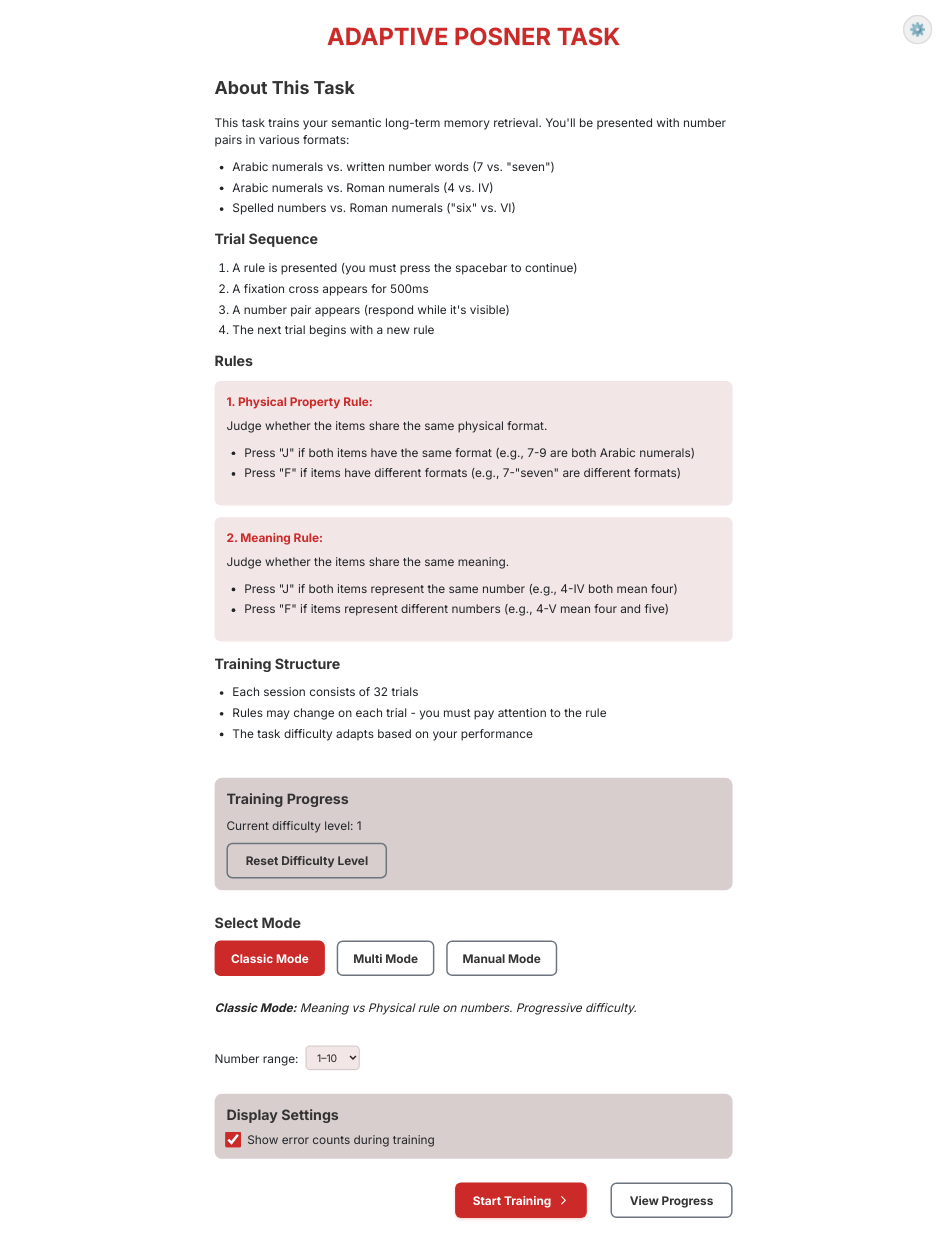
Repository: dolev765/braintrainepson
Page: index.html
These files come from the project's save history. The page is drawn as it stood at one moment and after a run of saves; the edit follows.
The browser window is 1280 px wide. The pictures show the whole page, at 74% of full size.

Above is the page before, as saved 2025-10-16 01:24:29.

### index.html
<!DOCTYPE html>
<html lang="en">
<head>
    <meta charset="UTF-8">
    <meta name="viewport" content="width=device-width, initial-scale=1.0">
    <title>Adaptive Posner Task</title>

    <!-- Fonts -->
    <link rel="preconnect" href="https://fonts.googleapis.com">
    <link rel="preconnect" href="https://fonts.gstatic.com" crossorigin>
    <link href="https://fonts.googleapis.com/css2?family=Inter:wght@400;700&display=swap" rel="stylesheet">

    <!-- Stylesheets -->
    <link rel="stylesheet" href="css/main.css">
    <link rel="stylesheet" href="css/components.css">
    <link rel="stylesheet" href="css/responsive.css">
</head>
<body>
    <div id="mainContent">
        <header>
            <h1>ADAPTIVE POSNER TASK</h1>
        </header>

        <!-- Settings Button -->
        <button id="settingsToggle" class="settings-icon-btn">⚙️</button>
        <div id="settingsPanel" class="settings-panel hidden">
            <h3>Advanced Settings</h3>
            <div class="settings-group">
                <label><input type="checkbox" id="tier2Toggle"> Common Knowledge Categories</label>
                <label><input type="checkbox" id="tier3Toggle"> Expert Knowledge Categories</label>
            </div>
        </div>

        <!-- Description Screen -->
        <div id="descriptionScreen" class="screen active">
            <div class="description-content">
                <div class="task-description">
                    <h2>About This Task</h2>
                    <p>
                        This task trains your semantic long-term memory retrieval. You'll be presented with number pairs in various formats:
                    </p>
                    <ul>
                        <li>Arabic numerals vs. written number words (7 vs. "seven")</li>
                        <li>Arabic numerals vs. Roman numerals (4 vs. IV)</li>
                        <li>Spelled numbers vs. Roman numerals ("six" vs. VI)</li>
                    </ul>

                    <h3>Trial Sequence</h3>
                    <ol>
                        <li>A rule is presented (you must press the spacebar to continue)</li>
                        <li>A fixation cross appears for 500ms</li>
                        <li>A number pair appears (respond while it's visible)</li>
                        <li>The next trial begins with a new rule</li>
                    </ol>

                    <h3>Rules</h3>
                    <div class="rule-explanation">
                        <h4>1. Physical Property Rule:</h4>
                        <p>Judge whether the items share the same physical format.</p>
                        <ul>
                            <li>Press "J" if both items have the same format (e.g., 7-9 are both Arabic numerals)</li>
                            <li>Press "F" if items have different formats (e.g., 7-"seven" are different formats)</li>
                        </ul>
                    </div>

                    <div class="rule-explanation">
                        <h4>2. Meaning Rule:</h4>
                        <p>Judge whether the items share the same meaning.</p>
                        <ul>
                            <li>Press "J" if both items represent the same number (e.g., 4-IV both mean four)</li>
                            <li>Press "F" if items represent different numbers (e.g., 4-V mean four and five)</li>
                        </ul>
                    </div>

                    <h3>Training Structure</h3>
                    <ul>
                        <li>Each session consists of 32 trials</li>
                        <li>Rules may change on each trial - you must pay attention to the rule</li>
                        <li>The task difficulty adapts based on your performance</li>
                    </ul>
                </div>

                <div class="session-info">
                    <h3>Training Progress</h3>
                    <p>Current difficulty level: <span id="lastCompletedLevel">1</span></p>
                    <button id="resetLevel" class="btn btn-secondary">Reset Difficulty Level</button>
                </div>

                <div class="mode-selector">
                    <h3>Select Mode</h3>
                    <div class="mode-buttons">
                        <button id="progressiveMode" class="mode-button active">Classic Mode</button>
                        <button id="comprehensiveMode" class="mode-button">Multi Mode</button>
                        <button id="manualMode" class="mode-button">Manual Mode</button>
                    </div>
                </div>

                <div id="modeDescription" class="mode-description">
                    <strong>Classic Mode:</strong> Meaning vs Physical on numbers. Progressive difficulty.
                </div>

                <div class="settings">
                    <label for="numberRangeSelect">Number range:</label>
                    <select id="numberRangeSelect">
                        <option value="10" selected>1–10</option>
                        <option value="20">1–20</option>
                    </select>
                </div>

                <div class="display-settings">
                    <h3>Display Settings</h3>
                    <label class="checkbox-label">
                        <input type="checkbox" id="showErrorCounts" checked>
                        Show error counts during training
                    </label>
                </div>

                <div id="manualModeControls" class="manual-controls" style="display:none;">
                    <h3>Select difficulty level to practice:</h3>
                    <div class="level-selector">
                        <button class="level-button active" data-level="1">1</button>
                        <button class="level-button" data-level="2">2</button>
                        <button class="level-button" data-level="3">3</button>
                        <button class="level-button" data-level="4">4</button>
                        <button class="level-button" data-level="5">5</button>
                        <button class="level-button" data-level="6">6</button>
                        <button class="level-button" data-level="7">7</button>
                        <button class="level-button" data-level="8">8</button>
                        <button class="level-button" data-level="9">9</button>
                        <button class="level-button" data-level="10">10</button>
                    </div>
                    <p>Number of trials: <span id="trialsCount">32</span></p>
                </div>

                <div class="action-buttons">
                    <button id="startTask" class="btn btn-primary">
                        <span>Start Training</span>
                        <svg width="16" height="16" viewBox="0 0 256 256">
                            <path d="M184.49,136.49l-80,80a12,12,0,0,1-17-17L159,128L87.51,56.49a12,12,0,1,1,17-17l80,80A12,12,0,0,1,184.49,136.49Z"></path>
                        </svg>
                    </button>
                    <button id="viewProgress" class="btn btn-secondary">View Progress</button>
                </div>
            </div>
        </div>

        <!-- Rule Screen -->
        <div id="ruleScreen" class="screen game-screen">
            <div class="game-header">
                <span>Difficulty level: <span id="currentLevel">1</span></span>
                <span>Trial: <span id="currentTrial">1</span> / 32</span>
            </div>
            <div id="errorCountsDisplayRule" class="error-counts">
                <div>Errors: <span id="currentErrorsRule">0</span>/3</div>
                <div>Consecutive failures: <span id="currentConsecutiveFailuresRule">0</span>/3</div>
            </div>

            <div class="rule-content-box">
                <div id="currentRuleDisplay" class="rule-title">Physical Property Rule</div>
                <div id="ruleInstructions" class="rule-instructions">
                    Press "J" if items have the same format, press "F" if they have different formats.
                </div>
                <button id="continueButton" class="btn btn-primary continue-btn">
                    Press SPACEBAR to continue
                </button>
            </div>

            <div class="back-button-container">
                <button id="backToHomeFromRule" class="btn btn-secondary">← Back to Home</button>
            </div>
        </div>

        <!-- Fixation Screen -->
        <div id="fixationScreen" class="screen game-screen">
            <div class="game-header">
                <span>Difficulty level: <span id="currentLevelFixation">1</span></span>
                <span>Trial: <span id="currentTrialFixation">1</span> / 32</span>
            </div>
            <div id="errorCountsDisplayFixation" class="error-counts">
                <div>Errors: <span id="currentErrorsFixation">0</span>/3</div>
                <div>Consecutive failures: <span id="currentConsecutiveFailuresFixation">0</span>/3</div>
            </div>

            <div class="content-box">
                <div class="fixation-cross">+</div>
            </div>

            <div class="back-button-container">
                <button id="backToHomeFromFixation" class="btn btn-secondary">← Back to Home</button>
            </div>
        </div>

        <!-- Task Screen -->
        <div id="taskScreen" class="screen game-screen">
            <div class="game-header">
                <span>Difficulty level: <span id="currentLevel2">1</span></span>
                <span>Trial: <span id="currentTrialDisplay">1</span> / 32</span>
            </div>

            <div id="errorCountsDisplay" class="error-counts">
                <div>Errors: <span id="currentErrors">0</span>/3</div>
                <div>Consecutive failures: <span id="currentConsecutiveFailures">0</span>/3</div>
            </div>

            <div class="content-box">
                <div class="stimulus" id="stimulusPair">7-9</div>
            </div>

            <div class="feedback-container">
                <div id="feedbackMessage" class="feedback-message"></div>
            </div>
            <div id="progressBar2" class="progress-bar">
                <div id="progressFill2" class="progress-fill"></div>
            </div>

            <div class="response-buttons">
                <button id="differentButton" class="btn btn-secondary">Different (F)</button>
                <button id="sameButton" class="btn btn-primary">Same (J)</button>
            </div>

            <div class="back-button-container">
                <button id="backToHomeFromTask" class="btn btn-secondary">← Back to Home</button>
            </div>
        </div>

        <!-- Session Complete Screen -->
        <div id="sessionCompleteScreen" class="screen">
            <div class="screen-header">
                <h2>TRAINING SESSION COMPLETED</h2>
            </div>

            <div class="results-box">
                <h3>Results:</h3>
                <p>Correct answers: <span id="sessionCorrectCount">0</span> / 32</p>
                <p>Accuracy: <span id="sessionAccuracy">0%</span></p>
                <p>Final level: <span id="sessionFinalLevel">1</span></p>
            </div>

            <div class="action-buttons">
                <button id="returnToMenu" class="btn btn-secondary">Return to Menu</button>
                <button id="startNewSession" class="btn btn-primary">
                    <span>New Session</span>
                    <svg width="16" height="16" viewBox="0 0 256 256">
                        <path d="M184.49,136.49l-80,80a12,12,0,0,1-17-17L159,128L87.51,56.49a12,12,0,1,1,17-17l80,80A12,12,0,0,1,184.49,136.49Z"></path>
                    </svg>
                </button>
            </div>
        </div>

        <!-- Score Screen -->
        <div id="scoreScreen" class="screen">
            <div class="screen-header">
                <h2>TRAINING COMPLETE</h2>
                <button id="startNewTest" class="btn btn-primary">Return to Menu</button>
            </div>

            <div id="statsContainer" class="stats-container">
                <div class="stat-box">
                    <h4>SESSION SUMMARY</h4>
                    <p>Trials completed: <span>32</span></p>
                </div>

                <div class="stat-box">
                    <h4>ACCURACY</h4>
                    <p id="accuracyRate" class="stat-value">0%</p>
                </div>

                <div class="stat-box">
                    <h4>FINAL LEVEL</h4>
                    <p id="finalLevel" class="stat-value">0</p>
                </div>
            </div>

            <div class="history-section">
                <h3>HISTORY</h3>
                <div id="historyContainer" class="history-container"></div>
            </div>
        </div>

        <!-- Progress Screen -->
        <div id="progressScreen" class="screen">
            <div class="screen-header">
                <h2>PROGRESS OVER TIME</h2>
                <div class="progress-controls">
                    <button id="progressBackToMenu" class="btn btn-secondary">Back to Menu</button>
                    <select id="progressModeFilter">
                        <option value="all" selected>All Modes</option>
                        <option value="classic">Classic</option>
                        <option value="multi">Multi</option>
                    </select>
                </div>
            </div>
            <div class="chart-container">
                <canvas id="progressCanvas" width="700" height="300"></canvas>
                <div class="chart-legend">
                    <div class="legend-item">
                        <span class="legend-color" style="background:#cc2929;"></span>
                        <span>Final level (last session per day)</span>
                    </div>
                    <div class="legend-item">
                        <span class="legend-color" style="background:#2d7a2d;"></span>
                        <span>Highest level (max per day)</span>
                    </div>
                    <div class="legend-item">
                        <span class="legend-color" style="background:#1f4f8a;"></span>
                        <span>Lowest level (min per day)</span>
                    </div>
                </div>
            </div>
        </div>
    </div>

    <!-- Scripts -->
    <script type="module" src="js/main.js"></script>
</body>
</html>

### css/components.css
/* Components CSS - Buttons, forms, and interactive elements */

/* Button Styles */
.btn {
    display: inline-flex;
    align-items: center;
    justify-content: center;
    gap: 8px;
    padding: 12px 24px;
    border: none;
    border-radius: 8px;
    font-family: "Inter", sans-serif;
    font-size: 16px;
    font-weight: 600;
    text-decoration: none;
    cursor: pointer;
    transition: all 0.2s ease;
    min-height: 44px;
    position: relative;
    overflow: hidden;
}

.btn:disabled {
    opacity: 0.6;
    cursor: not-allowed;
}

.btn:focus {
    outline: 2px solid #cc2929;
    outline-offset: 2px;
}

/* Primary Button */
.btn-primary {
    background-color: #cc2929;
    color: #ffffff;
    box-shadow: 0 2px 4px rgba(204, 41, 41, 0.2);
}

.btn-primary:hover:not(:disabled) {
    background-color: #b82424;
    transform: translateY(-1px);
    box-shadow: 0 4px 8px rgba(204, 41, 41, 0.3);
}

.btn-primary:active {
    transform: translateY(0);
    box-shadow: 0 2px 4px rgba(204, 41, 41, 0.2);
}

/* Secondary Button */
.btn-secondary {
    background-color: transparent;
    color: #333333;
    border: 2px solid #6c757d;
}

.btn-secondary:hover:not(:disabled) {
    background-color: #f8f9fa;
    border-color: #cc2929;
    color: #cc2929;
}

.btn-secondary:active {
    background-color: #e9ecef;
}

/* Mode Buttons */
.mode-buttons {
    display: flex;
    gap: 1rem;
    flex-wrap: wrap;
}

.mode-button {
    padding: 12px 20px;
    border: 2px solid #6c757d;
    background-color: transparent;
    color: #333333;
    border-radius: 8px;
    font-family: "Inter", sans-serif;
    font-size: 16px;
    font-weight: 600;
    cursor: pointer;
    transition: all 0.2s ease;
    min-height: 44px;
}

.mode-button:hover {
    background-color: #f8f9fa;
    border-color: #cc2929;
    color: #cc2929;
}

.mode-button.active {
    background-color: #cc2929;
    color: #ffffff;
    border-color: #cc2929;
}

.mode-button.active:hover {
    background-color: #b82424;
}

/* Level Selector */
.level-selector {
    display: flex;
    gap: 0.5rem;
    flex-wrap: wrap;
    margin-bottom: 1rem;
}

.level-button {
    width: 44px;
    height: 44px;
    border: 2px solid #6c757d;
    background-color: transparent;
    color: #333333;
    border-radius: 8px;
    font-family: "Inter", sans-serif;
    font-size: 16px;
    font-weight: 600;
    cursor: pointer;
    transition: all 0.2s ease;
    display: flex;
    align-items: center;
    justify-content: center;
}

.level-button:hover {
    background-color: #f8f9fa;
    border-color: #cc2929;
    color: #cc2929;
}

.level-button.active {
    background-color: #cc2929;
    color: #ffffff;
    border-color: #cc2929;
}

.level-button.active:hover {
    background-color: #b82424;
}

/* Form Elements */
select {
    padding: 6px 10px;
    border-radius: 6px;
    border: 1px solid #bfb6b6;
    background: #f2e6e6;
    color: #262424;
    font-family: "Inter", sans-serif;
    font-size: 14px;
    cursor: pointer;
}

select:focus {
    outline: 2px solid #cc2929;
    outline-offset: 2px;
    border-color: #cc2929;
}

input[type="checkbox"] {
    width: 18px;
    height: 18px;
    accent-color: #cc2929;
    cursor: pointer;
}

input[type="checkbox"]:focus {
    outline: 2px solid #cc2929;
    outline-offset: 2px;
}

/* Loading States */
.btn.loading {
    position: relative;
    color: transparent;
}

.btn.loading::after {
    content: "";
    position: absolute;
    width: 16px;
    height: 16px;
    top: 50%;
    left: 50%;
    margin-left: -8px;
    margin-top: -8px;
    border: 2px solid transparent;
    border-top: 2px solid currentColor;
    border-radius: 50%;
    animation: spin 1s linear infinite;
}

@keyframes spin {
    0% { transform: rotate(0deg); }
    100% { transform: rotate(360deg); }
}

/* Icon Styles */
.btn svg {
    min-width: 16px;
    min-height: 16px;
    fill: currentColor;
}

/* Button Groups */
.button-group {
    display: flex;
    gap: 1rem;
    align-items: center;
}

.button-group .btn {
    flex: 1;
}

/* Special Button Styles */
.btn-large {
    padding: 16px 32px;
    font-size: 18px;
    min-height: 56px;
}

.btn-small {
    padding: 8px 16px;
    font-size: 14px;
    min-height: 36px;
}

.btn-icon-only {
    padding: 12px;
    min-width: 44px;
}

.btn-icon-only svg {
    margin: 0;
}

/* Responsive Button Adjustments */
@media (max-width: 768px) {
    .btn {
        padding: 10px 20px;
        font-size: 14px;
        min-height: 40px;
    }

    .mode-buttons {
        flex-direction: column;
    }

    .mode-button {
        width: 100%;
    }

    .level-selector {
        justify-content: center;
    }

    .action-buttons {
        flex-direction: column;
        align-items: stretch;
    }

    .response-buttons {
        flex-direction: column;
    }

    .button-group {
        flex-direction: column;
    }
}

@media (max-width: 480px) {
    .btn {
        padding: 8px 16px;
        font-size: 14px;
        min-height: 36px;
    }

    .level-button {
        width: 36px;
        height: 36px;
        font-size: 14px;
    }
}

Loaded but not shown: js/config/semantic/tier1-basic.js (329 lines, source omitted); js/ui-controller.js (317 lines, source omitted); js/config/semantic/tier3-expert.js (107 lines, source omitted); js/config/semantic/tier2-common.js (112 lines, source omitted); js/config/semantic/semantic-rules.js (239 lines, source omitted); js/stimulus-generator.js (220 lines, source omitted); js/game-state.js (281 lines, source omitted); js/game-logic.js (268 lines, source omitted); js/main.js (228 lines, source omitted); js/progress-tracker.js (239 lines, source omitted); js/config/numbers/number-data.js (76 lines, source omitted); js/config/numbers/format-combinations.js (49 lines, source omitted); js/config/ui/messages.js (29 lines, source omitted); js/config/ui/achievements-config.js (69 lines, source omitted); js/config/ui/ui-config.js (59 lines, source omitted); js/config/game/game-config.js (49 lines, source omitted); js/config/game/default-settings.js (49 lines, source omitted); js/config/index.js (20 lines, source omitted); js/config/ui/stats-config.js (29 lines, source omitted); js/config/game/level-times.js (14 lines, source omitted); js/config/semantic/index.js (15 lines, source omitted); css/main.css (466 lines, source omitted); css/responsive.css (349 lines, source omitted)

After the next 2 saves:
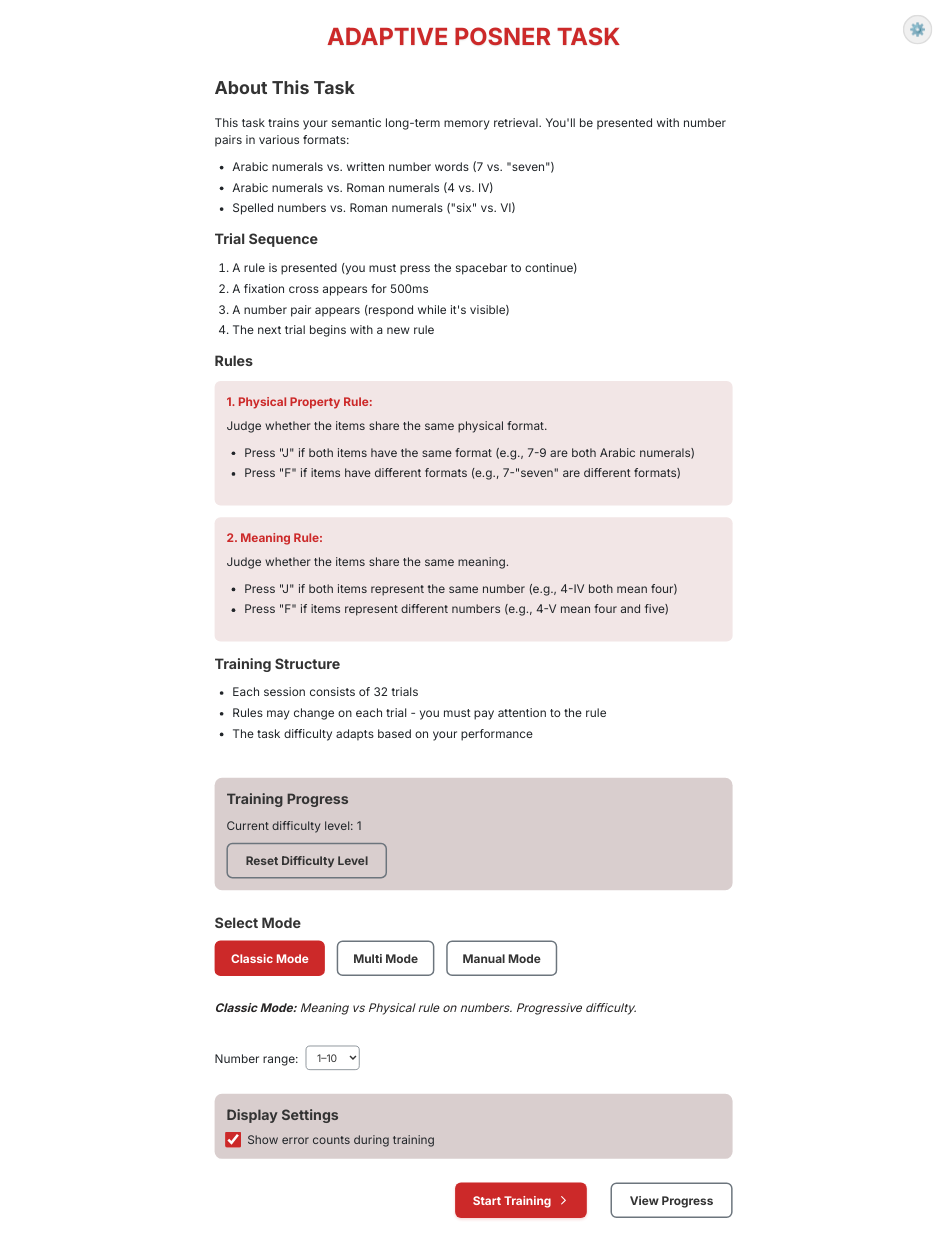
The 2 saves are shown as one change because they came seconds apart.
The last was saved 14 s later.
--- a/css/components.css
+++ b/css/components.css
@@ -147,9 +147,9 @@
 select {
     padding: 6px 10px;
     border-radius: 6px;
-    border: 1px solid #bfb6b6;
-    background: #f2e6e6;
-    color: #262424;
+    border: 1px solid #6c757d;
+    background: #ffffff;
+    color: #333333;
     font-family: "Inter", sans-serif;
     font-size: 14px;
     cursor: pointer;
